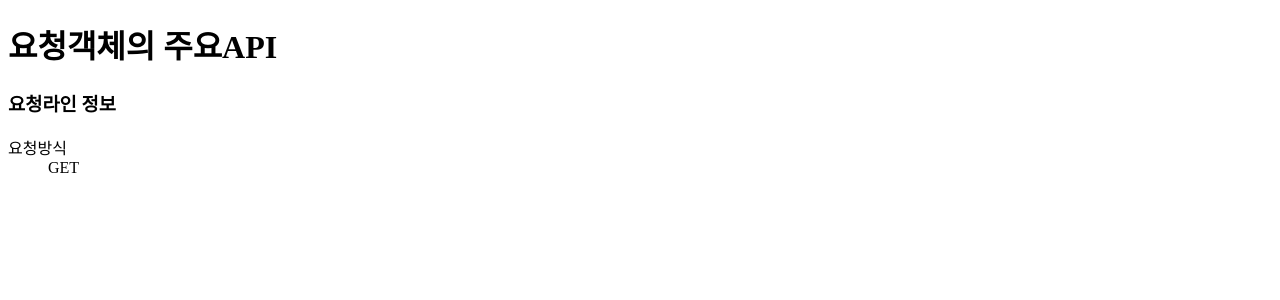
Repository: qwer1227/Jsp_study
Page: http://localhost/app/req.jsp
An editor plug-in stored every save of this project. The page is shown before and after the next save, followed by the edit.
The browser window is 1280 px wide. The pictures show the whole page.
The page is served by Tomcat 9.

Above is the page before, as saved 2024-08-06 08:24:11.

After the next save:
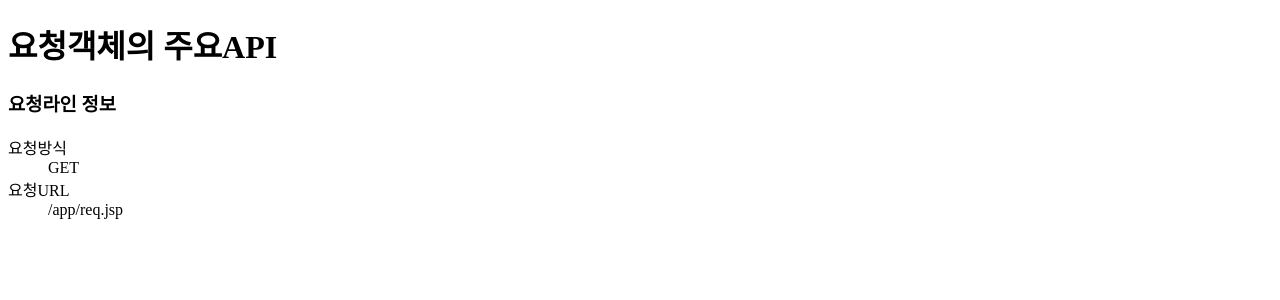
Saved 11 s later.
--- a/app/src/main/webapp/req.jsp
+++ b/app/src/main/webapp/req.jsp
@@ -17,6 +17,7 @@
 	<h3>요청라인 정보</h3>
 	<dl>
 		<dt>요청방식</dt><dd><%=method %></dd>
+		<dt>요청URL</dt><dd><%=requestURI %></dd>
 	</dl>
 </body>
 </html>
